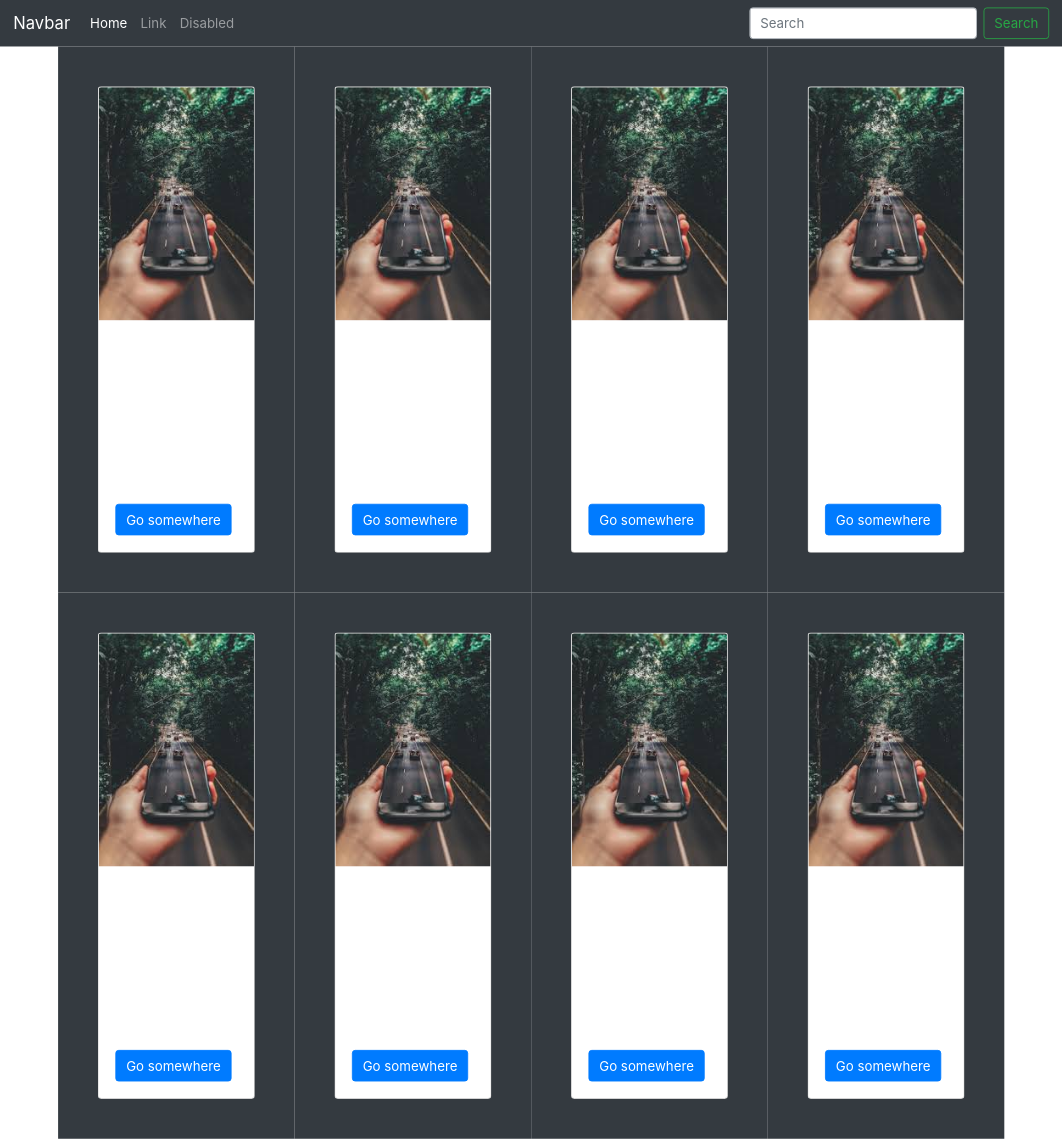
Repository: maqsudov0371/vazifa
Page: http://localhost/products/
An editor plug-in stored every save of this project. The page is shown before and after the next save, followed by the edit.
The browser window is 1280 px wide. The pictures show the whole page, at 83% of full size.
The page is served by the project's application, run on Django 5.2 (manage.py). Other server files are loaded and not shown.

Above is the page before, as saved 2024-07-20 15:07:27.

### templates/product.html
<!DOCTYPE html>
<html lang="en">
<head>
    <link rel="stylesheet" href="https://cdn.jsdelivr.net/npm/bootstrap@4.6.2/dist/css/bootstrap.min.css" integrity="sha384-xOolHFLEh07PJGoPkLv1IbcEPTNtaed2xpHsD9ESMhqIYd0nLMwNLD69Npy4HI+N" crossorigin="anonymous">
    <meta charset="UTF-8">
    <meta name="viewport" content="width=device-width, initial-scale=1.0">
    <title>Document</title>

    <style>

    </style>
</head>
<body>
    <nav class="navbar navbar-expand-lg navbar-dark bg-dark">
        <a class="navbar-brand" href="#">Navbar</a>
        <button class="navbar-toggler" type="button" data-toggle="collapse" data-target="#navbarSupportedContent" aria-controls="navbarSupportedContent" aria-expanded="false" aria-label="Toggle navigation">
          <span class="navbar-toggler-icon"></span>
        </button>

        <div class="collapse navbar-collapse" id="navbarSupportedContent">
          <ul class="navbar-nav mr-auto">
            <li class="nav-item active">
              <a class="nav-link" href="http://127.0.0.1:8000">Home <span class="sr-only">(current)</span></a>
            </li>
            <li class="nav-item">
              <a class="nav-link" href="http://127.0.0.1:8000/login">Link</a>
            </li>
            <li class="nav-item">
              <a class="nav-link " href="http://127.0.0.1:8000/register/">Disabled</a>
            </li>
          </ul>
          <form class="form-inline my-2 my-lg-0">
            <input class="form-control mr-sm-2" type="text" placeholder="Search" aria-label="Search">
            <button class="btn btn-outline-success my-2 my-sm-0" type="submit">Search</button>
          </form>
        </div>
      </nav>

      <div class="container">
        <div class="row">

            {% for i in '12345678' %}
            <div class="col-3 bg-dark text-white p-5">
                <div class="card">
                    <img class="card-img-top" src="data:[embedded picture, 11423 characters]" alt="Card image cap">
                    <div class="card-body">
                      <h4 class="card-title">Card title</h4>
                      <p class="card-text">
                        Some quick example text to build on the card title
                        and make up the bulk of the card's content.
                      </p>
                      <a href="#" class="btn btn-primary">Go somewhere</a>
                    </div>
                  </div>

            </div>
            {% endfor %}
        </div>
      </div>

</body>
</html>

### main/views.py
from django.shortcuts import render


def blogs(request):
    cars = [
        {'id': 1 ,'name': 'BMW M5 E60', 'color': 'black', 'year': '2010'},
        {'id': 2, 'name': 'Mercedes-Benz S-Class', 'color': 'white', 'year': '2020'},
        {'id': 3, 'name': 'Toyota Camry', 'color': 'red', 'year': '2015'},
        {'id': 4, 'name': 'Honda Accord', 'color': 'blue', 'year': '2018'},
        {'id': 5, 'name': 'Audi A6', 'color': 'silver', 'year': '2012'},
        {'id': 6, 'name': 'Nissan GT-R', 'color': 'green', 'year': '2018'},
        {'id': 7, 'name': 'Volkswagen Beetle', 'color': 'gray', 'year': '2015'},
        {'id': 8, 'name': 'Ford Mustang', 'color': 'white', 'year': '2017'},
        {'id': 9, 'name': 'Hyundai Sonata', 'color': 'blue', 'year': '2016'},
        {'id': 10, 'name': 'BMW 3 Series', 'color': 'black', 'year': '2019'},
        {'id': 11, 'name': 'Ford F-150', 'color': 'blue', 'year': '2018'},
        {'id': 12, 'name': 'Ford Fusion', 'color': 'red', 'year': '2018'},
        {'id': 13, 'name': 'Chevrolet Corvette', 'color': 'blue', 'year': '2015'},
        {'id': 14, 'name': 'Toyota Highlander', 'color': 'green', 'year': '2017'},

        ]
    context = {
        'list':'Mashinalar royhati',
        'cars': cars
    }
    return render(request, 'blog.html', context)


def register(request):
    companys = [
        {'id': 1, 'name': 'Tesla', 'year': '2003', 'popular': 'cars'},
        {'id': 2, 'name': 'Google', 'year': '1998', 'popular': 'search engine'},
        {'id': 3, 'name': 'Facebook', 'year': '2004', 'popular': 'social media'},
        {'id': 4, 'name': 'Instagram', 'year': '2010', 'popular': 'photo sharing'},
        {'id': 5, 'name': 'Amazon', 'year': '1994', 'popular': 'e-commerce'},
        {'id': 6, 'name': 'Netflix', 'year': '1997', 'popular': 'movies'},
        {'id': 7, 'name': 'YouTube', 'year': '2005', 'popular': 'video sharing'},
        {'id': 8, 'name': 'Apple', 'year': '2009', 'popular': 'phone'},
        {'id': 9, 'name': 'Microsoft', 'year': '1975', 'popular': 'software'},
        {'id': 10, 'name': 'Twitter', 'year': '2006', 'popular': 'social media'},
        {'id': 11, 'name': 'Pinterest', 'year': '2010', 'popular': 'social media'},


    ]
    context = {
        'list2':'Kompaniyalar royxati',
        'companys': companys
    }
    return render(request, 'register.html', context)


def login(request):
    programming = [
        {'id': 1, 'name': 'Python', 'creator':'Guido van Rossum', 'year': '1991'},
        {'id': 2, 'name': 'Java', 'creator':'James Gosling', 'year': '1995'},
        {'id': 3, 'name': 'C++', 'creator':'Bjarne Stroustrup', 'year': '1985'},
        {'id': 4, 'name': 'C#', 'creator':'Scott Meyers', 'year': '2000'},
        {'id': 5, 'name': 'JavaScript', 'creator':'Brendan Eich', 'year': '1995'},
        {'id': 6, 'name': 'Ruby', 'creator':'Yukihiro Matsumoto', 'year': '1995'},
        {'id': 7, 'name': 'Go', 'creator':'Markus Teusch', 'year': '2009'},
        {'id': 8, 'name': 'Swift', 'creator':'Apple Inc.', 'year': '2014'},
        {'id': 9, 'name': 'Kotlin', 'creator':'JetBrains', 'year': '2011'},
        {'id': 10, 'name': 'Rust', 'creator':'Takeru Ishizuka', 'year': '2010'},
        {'id': 11, 'name': 'Delphi', 'creator':'Alexey Kuznetsov', 'year': '1995'}
    ]
    context = {
        'list3':'Dasturlash turlari',
        'programming': programming
    }
    return render(request, 'login.html', context)


def products(request):
    return render(request, 'product.html')

### Blog/urls.py
"""
URL configuration for Blog project.

The `urlpatterns` list routes URLs to views. For more information please see:
    https://docs.djangoproject.com/en/5.0/topics/http/urls/
Examples:
Function views
    1. Add an import:  from my_app import views
    2. Add a URL to urlpatterns:  path('', views.home, name='home')
Class-based views
    1. Add an import:  from other_app.views import Home
    2. Add a URL to urlpatterns:  path('', Home.as_view(), name='home')
Including another URLconf
    1. Import the include() function: from django.urls import include, path
    2. Add a URL to urlpatterns:  path('blog/', include('blog.urls'))
"""
from django.contrib import admin
from django.urls import path, include
from django.conf.urls.static import static
from django.conf import settings

urlpatterns = [
    path('admin/', admin.site.urls),
    path('', include('main.urls'))
]+static(settings.MEDIA_URL, document_root=settings.MEDIA_ROOT)

### main/urls.py
from django.urls import path, include
from . import views

urlpatterns = [
    path('', views.blogs, name='index'),
    path('register/', views.register, name='register'),
    path('login/', views.login, name='login'),
    path('products/', views.products, name='products'),
]

After the next save:
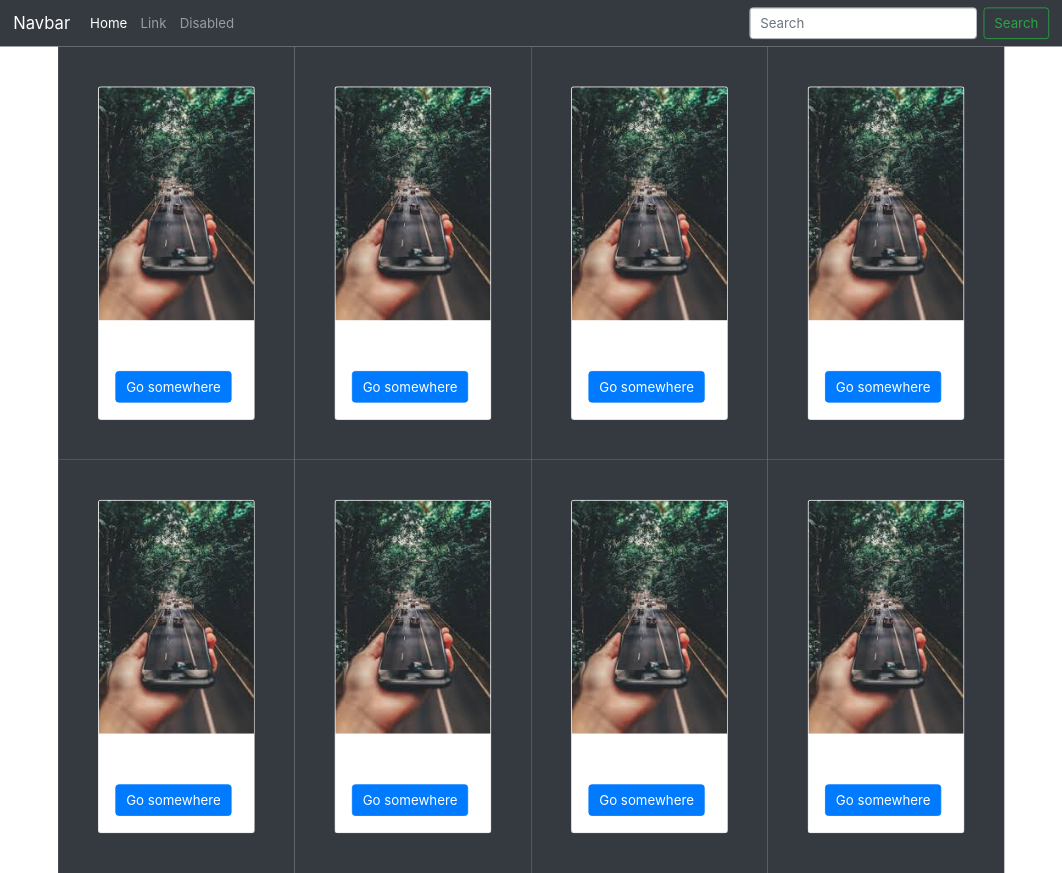
Saved 38 s later.
--- a/templates/product.html
+++ b/templates/product.html
@@ -45,10 +45,10 @@
                     <img class="card-img-top" src="data:[embedded picture, 11423 characters]" alt="Card image cap">
                     <div class="card-body">
                       <h4 class="card-title">Card title</h4>
-                      <p class="card-text">
+                      <!-- <p class="card-text">
                         Some quick example text to build on the card title
                         and make up the bulk of the card's content.
-                      </p>
+                      </p> -->
                       <a href="#" class="btn btn-primary">Go somewhere</a>
                     </div>
                   </div>
